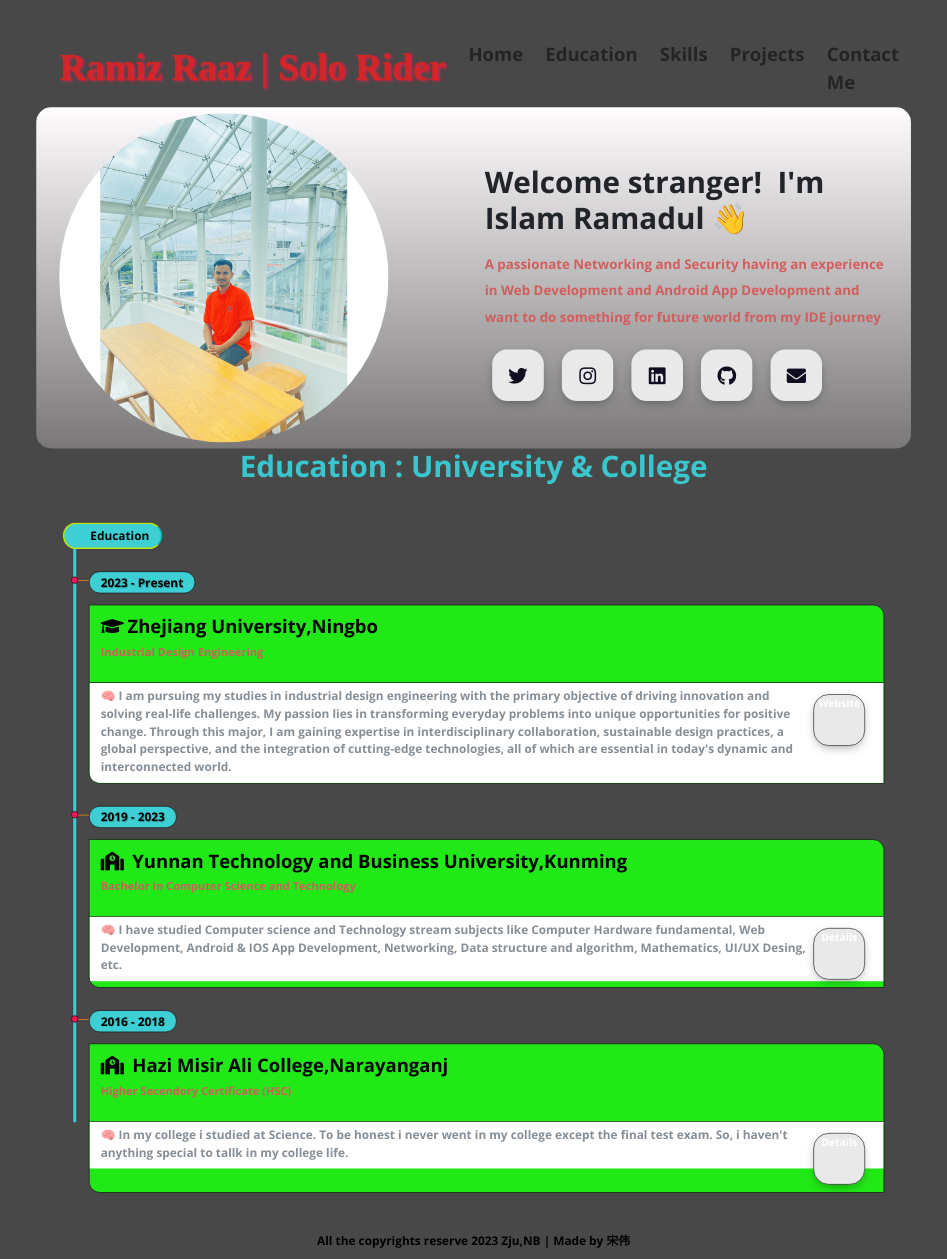
Repository: ramizraaz/ZjuProtfolio
Page: index.html
The author's editor kept a copy of each file at every save. The page is drawn from the files as they stood at one save, then again after the next save.
The browser window is 1280 px wide. The pictures show the whole page, at 74% of full size.
Some web fonts or font styles are not loaded; a fallback is used. Some web libraries are served in a nearby version.

Above is the page before, as saved 2023-10-08 18:53:41.

### index.html
<!DOCTYPE html>
<html lang="en" dir="ltr">

<head>
    <meta charset="utf-8">
    <meta name="viewport" content="width=device-width,initial-scale=1">
    <title>宋伟's Profile | Personal website</title>
    <link rel="icon" href="Image/RR.png">
    <link rel="stylesheet" href="https://stackpath.bootstrapcdn.com/bootstrap/4.5.0/css/bootstrap.min.css" integrity="sha384-9aIt2nRpC12Uk9gS9baDl411NQApFmC26EwAOH8WgZl5MYYxFfc+NcPb1dKGj7Sk" crossorigin="anonymous">
    <link rel="stylesheet" href="style.css">
    <link href="https://fonts.googleapis.com/css2?family=Arizonia&family=Montserrat:wght@400;800&display=swap" rel="stylesheet">
    <link href="https://fonts.googleapis.com/css2?family=Open+Sans:wght@700&display=swap" rel="stylesheet">
    <link rel="stylesheet" href="https://use.fontawesome.com/releases/v5.4.1/css/all.css" />
    <link rel="stylesheet" href="https://cdnjs.cloudflare.com/ajax/libs/font-awesome/5.13.1/css/all.min.css">
    <script src="https://code.jquery.com/jquery-3.5.1.slim.min.js" integrity="sha384-DfXdz2htPH0lsSSs5nCTpuj/zy4C+OGpamoFVy38MVBnE+IbbVYUew+OrCXaRkfj" crossorigin="anonymous"></script>
    <script src="https://cdn.jsdelivr.net/npm/popper.js@1.16.0/dist/umd/popper.min.js" integrity="sha384-Q6E9RHvbIyZFJoft+2mJbHaEWldlvI9IOYy5n3zV9zzTtmI3UksdQRVvoxMfooAo" crossorigin="anonymous"></script>
    <script src="https://stackpath.bootstrapcdn.com/bootstrap/4.5.0/js/bootstrap.min.js" integrity="sha384-OgVRvuATP1z7JjHLkuOU7Xw704+h835Lr+6QL9UvYjZE3Ipu6Tp75j7Bh/kR0JKI" crossorigin="anonymous"></script>
</head>

<body class="container-fluid body_section">
    <header>
        <nav class="navbar navbar-expand-lg navbar-light ">
            <a class="navbar-brand brand-name" href="#">Ramiz Raaz | Solo Rider</a>
            <button class="navbar-toggler" type="button" data-toggle="collapse" data-target="#navbarSupportedContent" aria-controls="navbarSupportedContent" aria-expanded="false" aria-label="Toggle navigation">
                  <span class="navbar-toggler-icon"></span>
                </button>
            <div class="collapse navbar-collapse" id="navbarSupportedContent">
                <ul class="navbar-nav ml-auto">
                    <li class="nav-item">
                        <a class="nav-link headerachor" href="index.html">Home</a>
                    </li>

                    <li class="nav-item">
                        <a class="nav-link headerachor" href="#Education">Education</a>
                    </li>
                    <li class="nav-item">
                        <a class="nav-link headerachor" href="">Skills</a>
                    </li>
                    <li class="nav-item">
                        <a class="nav-link headerachor" href="">Projects</a>
                    </li>
                    <li class="nav-item">
                        <a class="nav-link headerachor" href="">Contact Me</a>
                    </li>
                </ul>
        </nav>
    </header>
    <!-- Intro Section -->
    <section id="Home">
        <div class="row column1">
            <div class="col-lg-6 col-md-6 first-image">
                <img class="boyimage" src="img/me.gif" alt="">
            </div>
            <div class="col-lg-6 section-1">
                <h1 class="Hello">Welcome stranger!&nbsp&nbspI'm Islam Ramadul <span class="wave">👋</span></h1>
                <p>A passionate Networking and Security having an experience in Web Development and Android App Development and want to do something for future world from my IDE journey</p>
                <div class=social_media_icon>
                    <a class="btn" href="https://twitter.com/ramiz_raaz" target=_blank>
                        <i class="fab fa-twitter"></i>
                    </a>
                    <a class="btn" href="https://www.instagram.com/ramiz_raaz/" target=_blank>
                        <i class="fab fa-instagram"></i>
                    </a>
                    <a class="btn" href="https://www.linkedin.com/" target=_blank>
                        <i class="fab fa-linkedin" aria-hidden="true"></i>
                    </a>
                    <a class="btn" href="https://github.com/ramizraaz" target=_blank>
                        <i class="fab fa-github"></i>
                    </a>
                    <a class="btn" href="mailto:romiz.romeo.raaz@gmail.com/" target=_blank>
                        <i class="fa fa-envelope"></i>
                    </a>
                </div>
            </div>
    </section>
    <!-- Education Section -->
    <section id="Education">
        <div class="container">
            <div class="Heading">
                <h1>Education : University & College</h1>
                <br>
            </div>
            <div class="timeline">
                <div class="timeline-month">
                    Education
                </div>
                <div class="timeline-section">
                    <div class="timeline-date">
                        2023 - Present
                    </div>
                    <div class="row">
                        <div class="col-lg">
                            <div class="timeline-box">
                                <div class="box-title">
                                    <i class="fas fa-graduation-cap" aria-hidden="true"></i>Zhejiang University,Ningbo
                                    <p class="degree">Industrial Design Engineering</p>
                                </div>
                                <div class="box-content">
                                    <a class="btn btn-sm btn-dark float-right" role="button" href="https://www.zju.edu.cn/english/" target=_blank style="color: white;">Website</a>
                                    <div class="box-item">🧠 I am pursuing my studies in industrial design engineering with the primary objective of driving innovation and solving real-life challenges. My passion lies in transforming everyday problems into unique opportunities
                                        for positive change. Through this major, I am gaining expertise in interdisciplinary collaboration, sustainable design practices, a global perspective, and the integration of cutting-edge technologies, all of which
                                        are essential in today's dynamic and interconnected world.</div>
                                </div>
                            </div>
                        </div>
                    </div>
                </div>

                <div class="timeline-section">
                    <div class="timeline-date">
                        2019 - 2023
                    </div>
                    <div class="row">
                        <div class="col-lg">
                            <div class="timeline-box">
                                <div class="box-title">
                                    <i class="fas fa-school" aria-hidden="true"></i> Yunnan Technology and Business University,Kunming
                                    <p class="degree">Bachelor in Computer Science and Technology</p>
                                </div>
                                <div class="box-content">
                                    <a class="btn btn-sm btn-dark float-right" role="button" style="color: white;">Details</a>
                                    <div class="box-item">🧠 I have studied Computer science and Technology stream subjects like Computer Hardware fundamental, Web Development, Android & IOS App Development, Networking, Data structure and algorithm, Mathematics, UI/UX Desing,
                                        etc.
                                    </div>

                                </div>
                            </div>
                        </div>
                    </div>
                </div>

                <div class="timeline-section">
                    <div class="timeline-date">
                        2016 - 2018
                    </div>
                    <div class="row">
                        <div class="col-lg">
                            <div class="timeline-box">
                                <div class="box-title">
                                    <i class="fas fa-school" aria-hidden="true"></i> Hazi Misir Ali College,Narayanganj
                                    <p class="degree"> Higher Secendory Certificate (HSC)</p>
                                </div>
                                <div class="box-content">
                                    <a class="btn btn-sm btn-dark float-right" role="button" style="color: white;">Details</a>
                                    <div class="box-item">🧠 In my college i studied at Science. To be honest i never went in my college except the final test exam. So, i haven't anything special to tallk in my college life.</div>
                                    <div class="box-item"><b>

                                </div>
                            </div>
                        </div>
                    </div>
                </div>
            </div>
        </div>
    </section>

    </form>
    <footer class=footer>All the copyrights reserve 2023 Zju,NB | Made by 宋伟</footer>
</body>

</html>

### style.css
body {
    font-family: 'Open Sans', sans-serif;
    margin: 0;
    background: #b1adad;
    animation: pulse 10s infinite;
}

@keyframes pulse {
    0% {
        background: #F2F2F2;
    }
    10% {
        background: #FFFFFF;
    }
    20% {
        background: #d6d6d6e2;
        ;
    }
    30% {
        background: #acacacd8;
    }
    40% {
        background: #6b6b6bcf;
    }
    50% {
        background: #484848;
    }
    60% {
        background: #292929c8;
    }
    70% {
        background: #2f2e2ebc;
    }
    80% {
        background: #242424bb;
    }
    90% {
        background: #1e1e1ef7;
    }
    100% {
        background: #a6a6a6;
    }
}

.body_section {
    padding: 3% 5% 1%;
}

p {
    font-size: 18px;
}

a {
    text-decoration: none;
}

@font-face {
    font-family: "Lovely Home";
    src: local('Lovely Home'), url("Image/LovelyHome-9aBZ.ttf") format('truetype');
}

.brand-name,
.navbar-light .navbar-brand {
    font-family: "Lovely Home";
    font-size: 50px;
    font-weight: bold;
    color: #d72525e4;
    text-shadow: 2px 2px 4px #e71f4a;
}

.headerachor {
    margin: 0 7px 0 7px;
    border-radius: 15px;
    font-size: 25px;
}

.headerachor:hover {
    background-color: #ffffff82;
}


/* Section 1 */

.column1 {
    background-image: linear-gradient(#fefcfe, #7a7878);
    padding: 8px 16px;
    border-radius: 20px;
}

.section-1 {
    margin-top: 6%;
    text-align: left;
    position: relative;
}

span.wave {
    animation-name: wave-animation;
    animation-duration: 2.5s;
    animation-iteration-count: infinite;
    transform-origin: 70% 70%;
    display: inline-block;
}

@keyframes wave-animation {
    0% {
        transform: rotate( 0.0deg)
    }
    10% {
        transform: rotate(-10.0deg)
    }
    20% {
        transform: rotate( 12.0deg)
    }
    30% {
        transform: rotate(-10.0deg)
    }
    40% {
        transform: rotate( 9.0deg)
    }
    50% {
        transform: rotate( 0.0deg)
    }
    100% {
        transform: rotate( 0.0deg)
    }
}

.boyimage {
    height: 445px;
    border-radius: 50%;
}

@media only screen and (max-width: 1183px) {
    .first-image {
        right: 160px;
    }
}

.Image-boy {
    text-align: center;
    align-items: center;
}

@media only screen and (min-width:951px) {
    .Image-boy {
        display: none;
    }
}

.Hello {
    margin-bottom: 20px;
}

p {
    line-height: 2;
    color: #d35d5d;
}

.btn {
    display: inline-block;
    width: 4.37rem;
    height: 4.37rem;
    background: #e9e9e9;
    padding: 0px 0px;
    margin: 10px;
    border-radius: 30%;
    box-shadow: 0 5px 15px -5px #00000070;
    color: #0f0d20;
    overflow: hidden;
    position: relative;
}

.btn i {
    line-height: 70px;
    font-size: 1.625rem;
    transition: 0.2s linear;
}

.btn:hover i {
    transform: scale(1.3);
    color: #f1f1f1;
}

.btn::before {
    content: "";
    position: absolute;
    width: 120%;
    height: 120%;
    background: #f37312;
    transform: rotate(45deg);
    left: -110%;
    top: 90%;
}

.btn:hover::before {
    animation: aaa 0.7s 1;
    top: -10%;
    left: -10%;
}

@media only screen and (max-width:470px) {
    .btn {
        width: 2.5rem;
        height: 2.5rem;
        margin: 7px;
    }
    .btn i {
        line-height: 40px;
        font-size: 1em;
    }
}


/* Education CSS */

.Heading {
    text-align: center;
    color: #3ac6ce;
}

.timeline {
    margin-top: 20px;
    position: relative;
}

.timeline:before {
    position: absolute;
    content: '';
    width: 4px;
    height: calc(100% - 100px);
    background: #3dcfd4;
    left: 14px;
    top: 5px;
    border-radius: 4px;
}

.timeline-month {
    color: black;
    position: relative;
    padding: 4px 15px 4px 35px;
    background-color: #3dcfd4;
    display: inline-block;
    width: auto;
    border-radius: 40px;
    border: 2px solid #c3e006;
    border-right-color: rgb(6, 193, 183);
    margin-bottom: 30px;
}

.timeline-section {
    padding-left: 35px;
    display: block;
    position: relative;
    margin-bottom: 30px;
}

.timeline-date {
    margin-bottom: 15px;
    padding: 2px 15px;
    background: #3dcfd4;
    position: relative;
    display: inline-block;
    border-radius: 20px;
    border: 1px solid #1b1717;
    color: black;
    text-shadow: 1px 1px 1px rgba(0, 0, 0, 0.3);
}

.timeline-section:before {
    content: '';
    position: absolute;
    width: 30px;
    height: 1px;
    background-color: #e89014;
    top: 12px;
    left: 20px;
}

.timeline-section:after {
    content: '';
    position: absolute;
    width: 10px;
    height: 10px;
    background: #f3155b;
    top: 7px;
    left: 11px;
    border: 1px solid #17191B;
    border-radius: 100%;
}

.timeline-box {
    position: relative;
    color: black;
    background-color: #21e917;
    border-radius: 15px;
    border-top-left-radius: 0px;
    border-bottom-right-radius: 0px;
    border: 1px solid #17191B;
    transition: all 0.3s ease;
    overflow: hidden;
}

.box-icon {
    position: absolute;
    right: 5px;
    top: 0px;
}

.box-title {
    padding: 10px 15px;
    font-size: 25px;
    border-bottom: 1px solid #17191B;
}

.degree {
    font-size: 15px;
}

.box-title i {
    margin-right: 5px;
}

.box-content {
    padding: 5px 15px;
    background-color: white;
}

.box-item {
    margin-bottom: 5px;
    color: #868e96;
    font-weight: 400;
}

.certificate {
    padding-top: 20px;
}

.certificate-text {
    text-align: center;
}

.box-shadow {
    box-shadow: 5px 5px 5px #d9dbdf;
}

footer {
    padding-top: 2%;
    color: #000000;
    text-align: center;
}

After the next save:
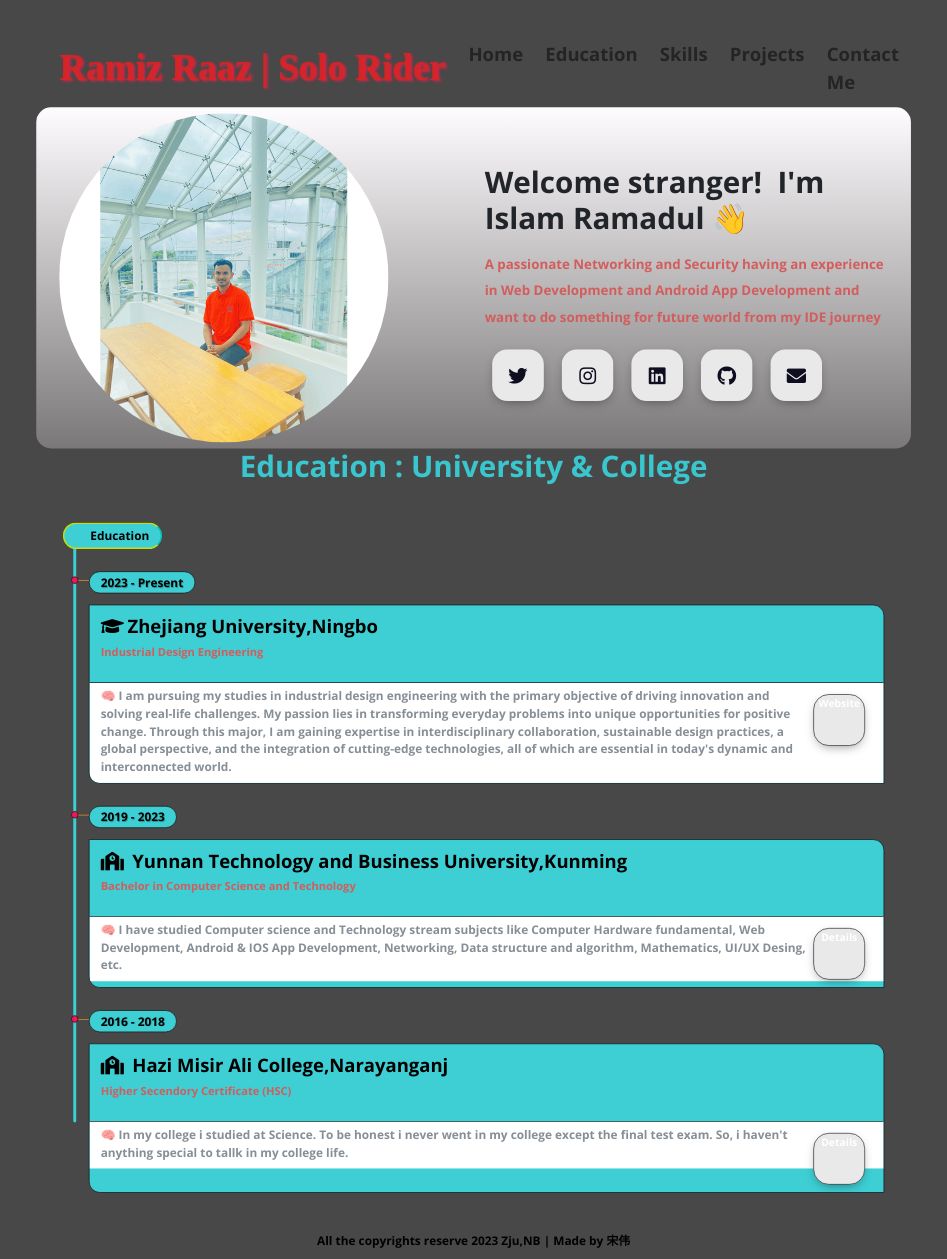
Saved 26 s later.
--- a/style.css
+++ b/style.css
@@ -291,7 +291,7 @@ p {
 .timeline-box {
     position: relative;
     color: black;
-    background-color: #21e917;
+    background-color: #3dcfd4;
     border-radius: 15px;
     border-top-left-radius: 0px;
     border-bottom-right-radius: 0px;
